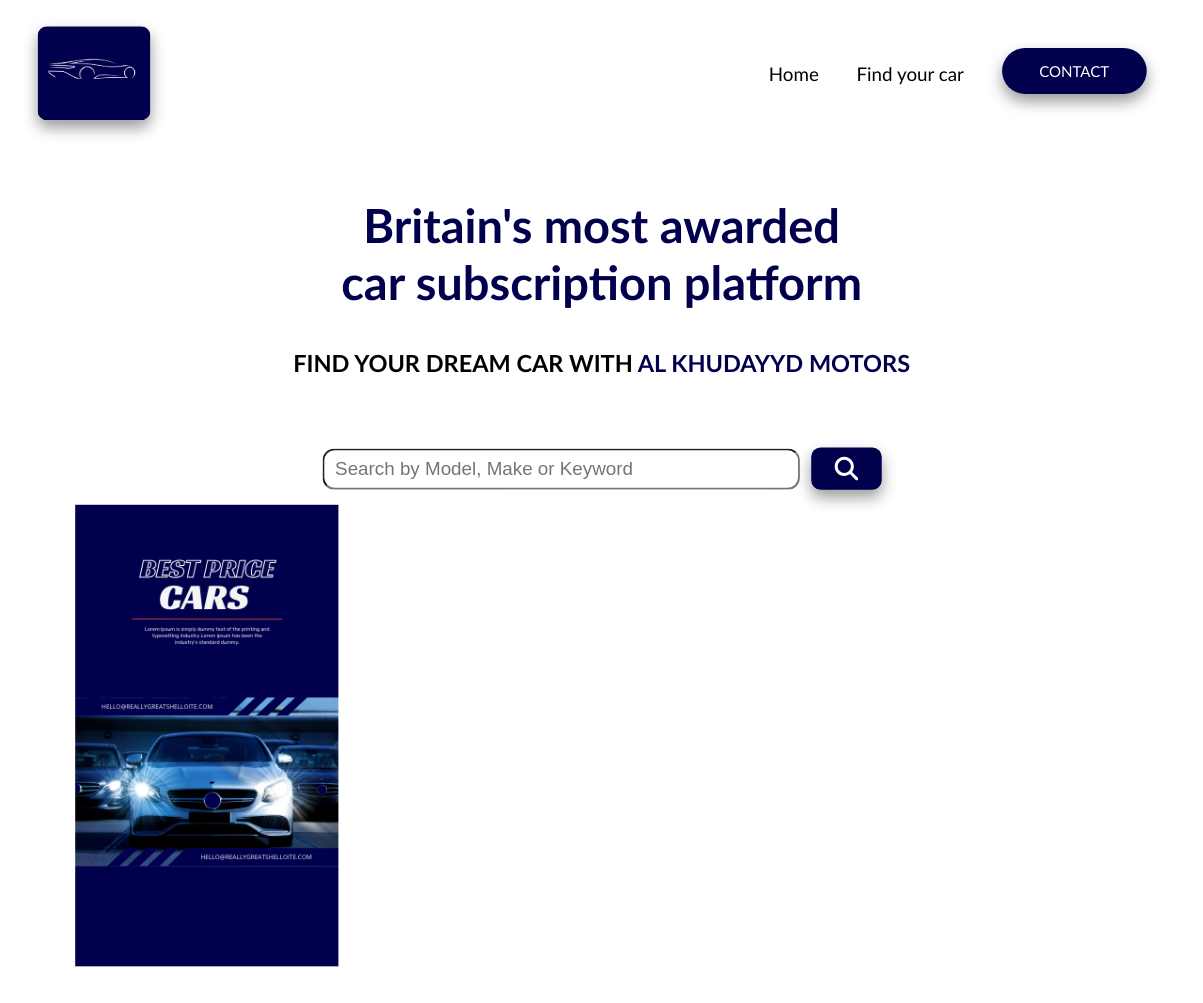
Repository: Al123Kudayyd/movie-project
Page: /
An editor plug-in stored every save of this project. The page is shown before and after the next save, followed by the edit.
The browser window is 1280 px wide. The pictures show the whole page, at 94% of full size.
The project was rebuilt for these pictures with package versions that can differ from the ones it lists, and the page was loaded fresh each time.

Above is the page before, as saved 2023-05-20 19:58:50.

### src/index.js
import React from 'react';
import ReactDOM from 'react-dom/client';
import './index.css';
import App from './App';
import reportWebVitals from './reportWebVitals';
import { library } from '@fortawesome/fontawesome-svg-core';
import { faMagnifyingGlass } from '@fortawesome/free-solid-svg-icons';

library.add(faMagnifyingGlass)

const root = ReactDOM.createRoot(document.getElementById('root'));
root.render(
  <React.StrictMode>
    <App />
  </React.StrictMode>
);

// If you want to start measuring performance in your app, pass a function
// to log results (for example: reportWebVitals(console.log))
// or send to an analytics endpoint. Learn more: https://bit.ly/CRA-vitals
reportWebVitals();

### src/index.css

html {
  font-family: 'Gill Sans', 'Gill Sans MT', Calibri, 'Trebuchet MS', sans-serif;
}

.row {
  width: 100%;
  max-width: 1200px;
  margin: 0 auto;
  padding: 0 24px;
}

.container {
  padding: 20px 0;
}

.nav-wrapper {
  display: flex;
  justify-content: space-between;
  align-items: center;
}

.nav-wrapper-lists {
  display: flex;
  list-style: none;
}

.nav-wrapper-list {
  margin: 0 20px;
  text-decoration: none;
}

.nav-wrapper-list-alt {
  margin: 0 20px;
  text-decoration: none;
}

.nav-link {
  text-decoration: none;
  color: black;
  font-weight: 100;
  font-size: 20px;
}

.nav-link-alt {
  text-decoration: none;
  background-color: #00004D;
  padding: 15px 40px;
  color: white;
  font-weight: 100;
  font-size: 16px;
  border-radius: 25px;
  box-shadow: 0 8px 16px 0 rgba(0, 0, 0, 0.4);
  transition: all 350ms ease;
}

.nav-link-alt:hover {
  opacity: 0.7;
}

.nav-img {
  width: 10%;
  height: 100px;
  border-radius: 10px;
  box-shadow: 0 8px 16px 0 rgba(0, 0, 0, 0.4);
}

#home {
  height: 100vh;
}

.main-title {
  text-align: center;
  font-size: 50px;
  color: #00004D;
  font-weight: 1000;
}

.main-desc {
  text-align: center;
  font-weight: 1000;
  font-size: 25px;
}

.blue {
  color: #00004D;
}

.main-wrapper {
  display: flex;
  justify-content: center;
  align-items: center;
  margin-top: 75px;
}

input {
  width: 40%;
  height: 40px;
  border-radius: 13px;
  padding: 0 12px;
  font-size: 20px;
}

.search-btn {
  background-color: #00004D;
  color: white;
  margin-left: 12px;
  padding: 10px 25px;
  font-size: 25px;
  font-weight: bolder;
  border-radius: 10px;
  cursor: pointer;
  box-shadow: 0 8px 16px 0 rgba(0, 0, 0, 0.4);
  transition: all 350ms ease;
}

.search-btn:hover {
  opacity: 0.7;
}

### src/App.js
import { BrowserRouter as Router, Routes, Route } from 'react-router-dom';
import Home from './pages/Home';

function App() {
  return (
    <Router>
      <div>
        <Routes>
          <Route path='/' element={<Home />}></Route>
        </Routes>
      </div>
    </Router>

  );
}

export default App;

### src/pages/Home.jsx
import React from 'react'
import Navbar from '../UI/Navbar'
import { FontAwesomeIcon } from '@fortawesome/react-fontawesome';
import Car from '../assests/car.png'

export default function Home() {
  return (
    <div>
        <Navbar />
        <section id='home'>
            <div className="container">
                <div className="row">
                    <div className="main">
                        <h1 className="main-title">Britain's most awarded <br /> car subscription platform</h1>
                        <h3 className='main-desc'>FIND YOUR DREAM CAR WITH <span className='blue'>AL KHUDAYYD MOTORS</span></h3>
                        <div className="main-wrapper">
                            <input type="text" placeholder='Search by Model, Make or Keyword ' />
                            <FontAwesomeIcon icon='magnifying-glass' className='search-btn' />
                        </div>
                        <figure className="main-banner">
                            <img src={Car} alt="" className="main-img" />
                        </figure>
                    </div>
                </div>
            </div>
        </section>
    </div>
  )
}

### src/UI/Navbar.jsx
import React from 'react'
import Logo from '../assests/logo.png'
import '../index.css'

export default function Navbar() {
  return (
    <div className='navbar'>
        <div className="container">
            <div className="row">
                <div className="nav-wrapper">
                    <img src={Logo} alt="" className="nav-img" />
                    <ul className="nav-wrapper-lists">
                        <li className='nav-wrapper-list'><a className='nav-link' href="/">Home</a></li>
                        <li className='nav-wrapper-list'><a className='nav-link' href="">Find your car</a></li>
                        <li className='nav-wrapper-list-alt'><a className='nav-link-alt' href="">CONTACT</a></li>
                    </ul>
                </div>
            </div>
        </div>
    </div>
  )
}

Loaded but not shown: public/index.html (common file); src/reportWebVitals.js (common file)

After the next save:
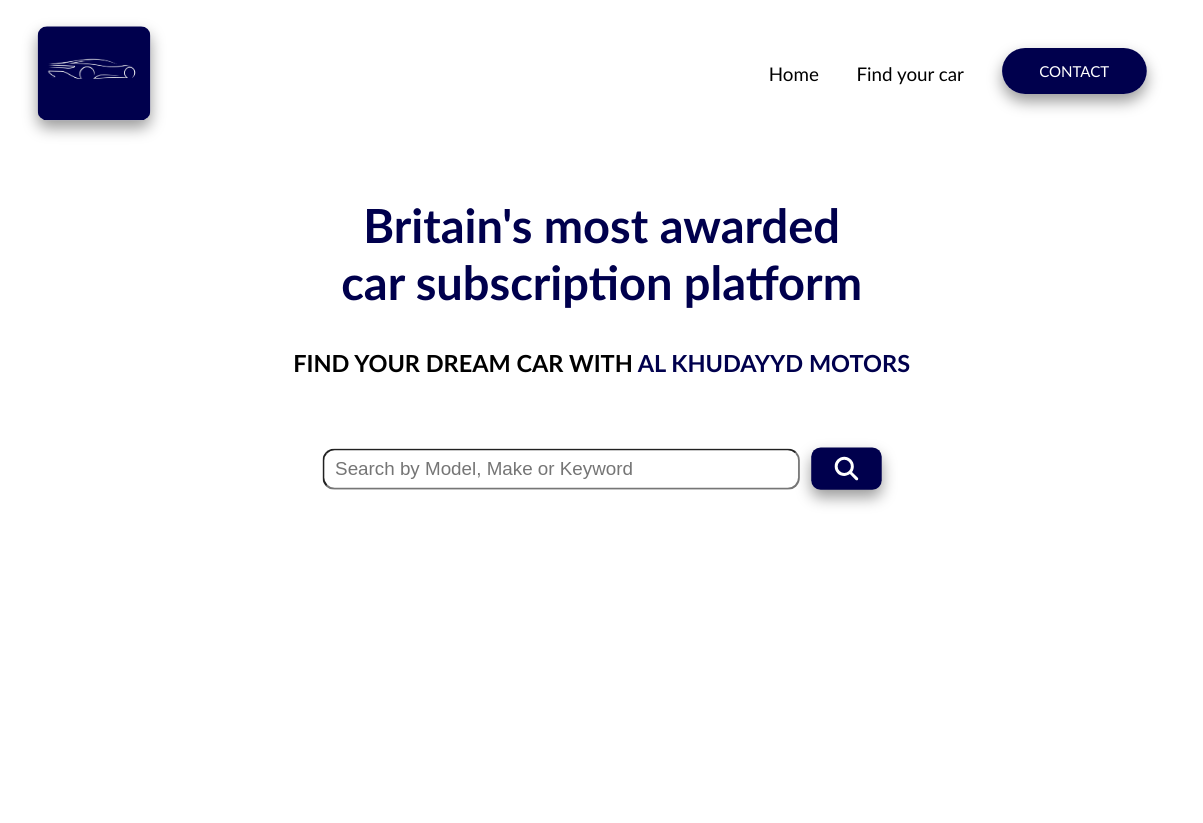
Saved 47 s later.
--- a/src/pages/Home.jsx
+++ b/src/pages/Home.jsx
@@ -17,9 +17,6 @@
                             <input type="text" placeholder='Search by Model, Make or Keyword ' />
                             <FontAwesomeIcon icon='magnifying-glass' className='search-btn' />
                         </div>
-                        <figure className="main-banner">
-                            <img src={Car} alt="" className="main-img" />
-                        </figure>
                     </div>
                 </div>
             </div>

After the save that followed:
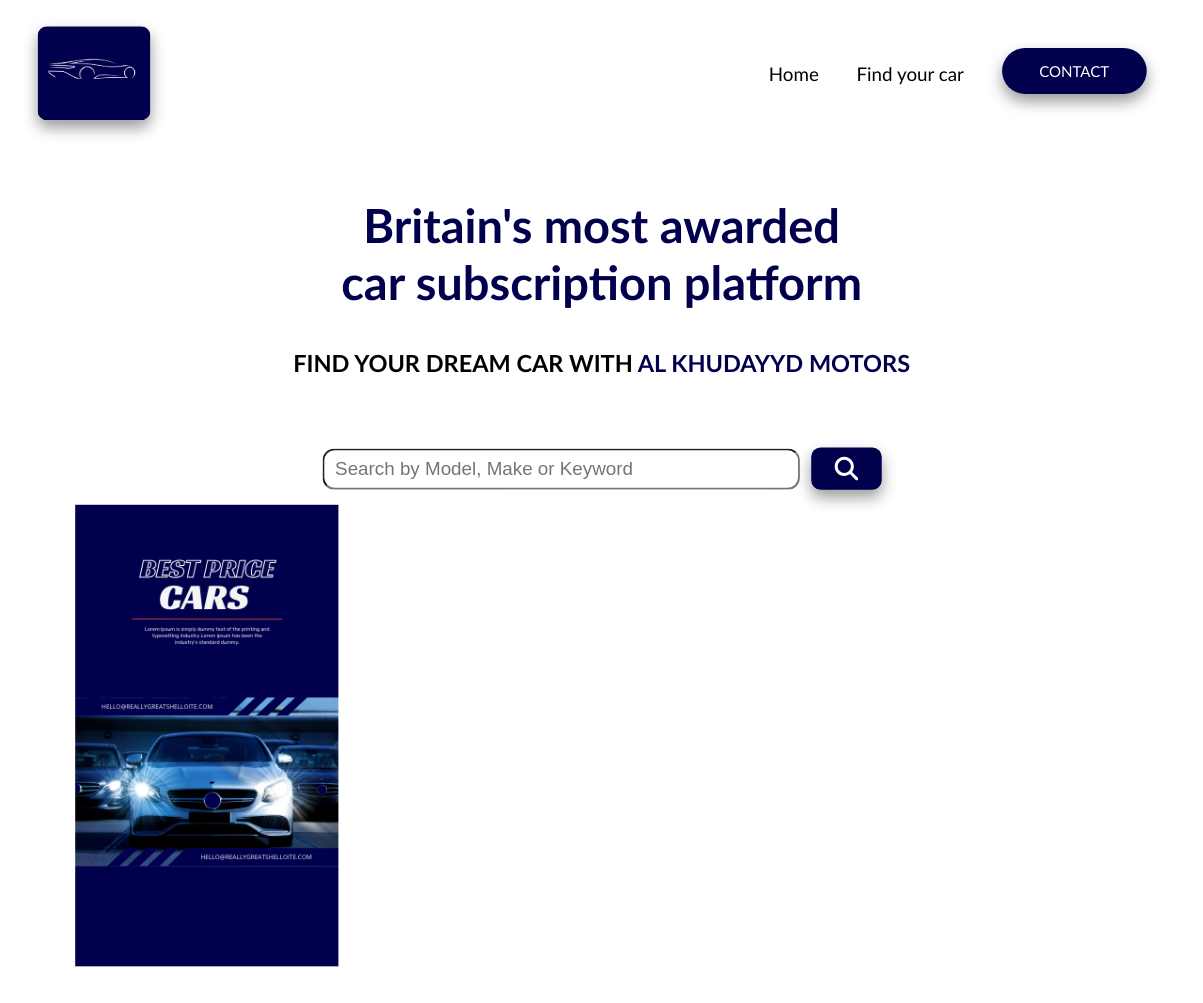
Saved 5 s later.
--- a/src/pages/Home.jsx
+++ b/src/pages/Home.jsx
@@ -17,6 +17,9 @@
                             <input type="text" placeholder='Search by Model, Make or Keyword ' />
                             <FontAwesomeIcon icon='magnifying-glass' className='search-btn' />
                         </div>
+                        <figure className="main-banner">
+                            <img src={Car} alt="" className="main-img" />
+                        </figure>
                     </div>
                 </div>
             </div>
